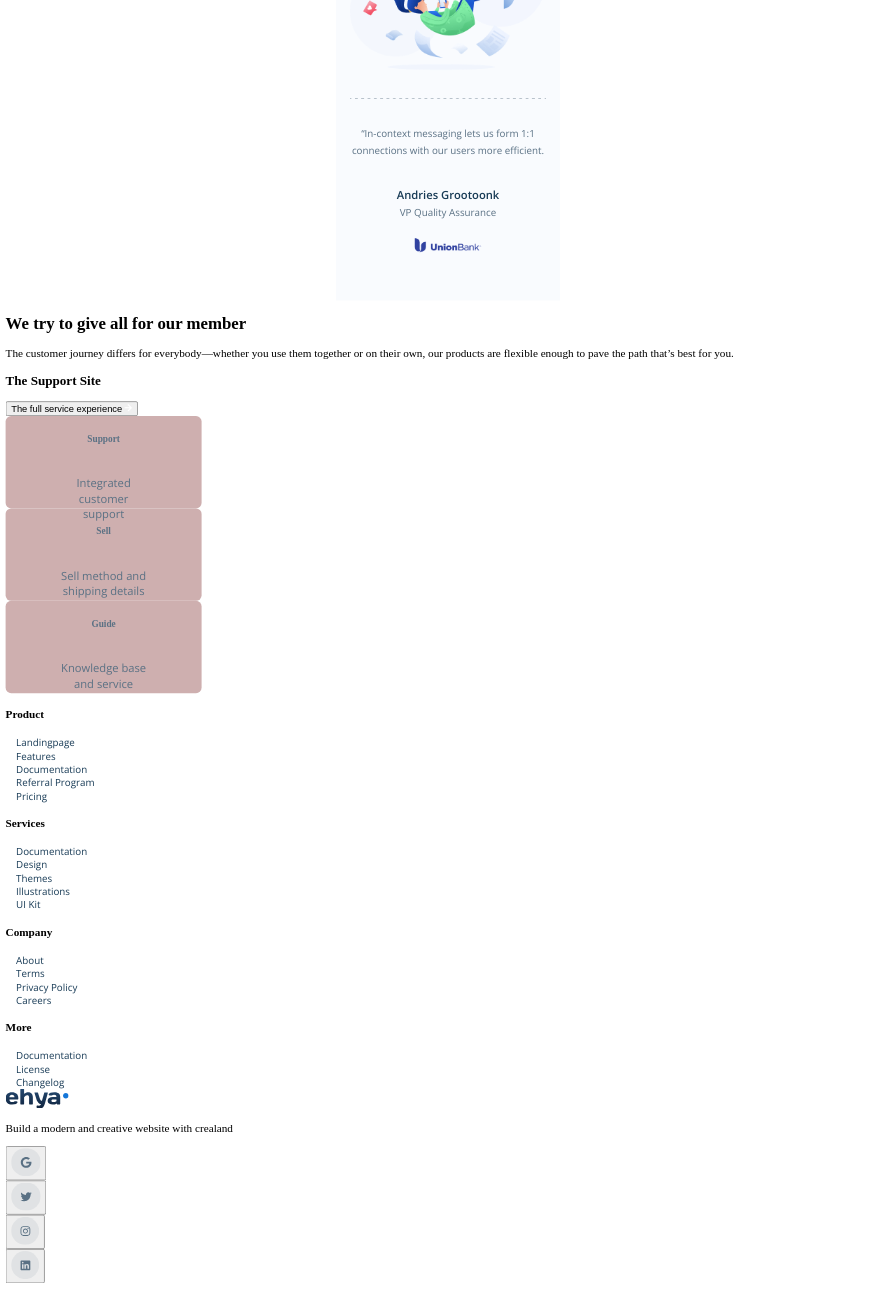
Repository: umlaufissss/provaFront
Page: HTML/index.html
The author's editor kept a copy of each file at every save. The page is drawn from the files as they stood at one save, then again after the next save.
The browser window is 1280 px wide. The pictures show the part of the page from y = 2086 to 4006 px (the page is 3927 px tall before and 4006 px after), at 70% of full size.
Some web fonts or font styles are not loaded; a fallback is used.

Above is the page before, as saved 2026-06-22 19:37:34.

### HTML/index.html
<!DOCTYPE html>
<html lang="pt-br">
<head>
    <meta charset="UTF-8">
    <meta name="viewport" content="width=device-width, initial-scale=1.0">
    <link rel="stylesheet" href="../CSS/style.css">
    <link href="https://fonts.googleapis.com/css2?family=Inter:ital,opsz,wght@0,14..32,100..900;1,14..32,100..900&family=Montserrat:ital,wght@0,100..900;1,100..900&family=Paytone+One&display=swap" rel="stylesheet">
    <link href="https://fonts.googleapis.com/css2?family=Inter:ital,opsz,wght@0,14..32,100..900;1,14..32,100..900&family=Montserrat:ital,wght@0,100..900;1,100..900&family=Open+Sans:ital,wght@0,300..800;1,300..800&family=Paytone+One&display=swap" rel="stylesheet">

    <title>Prova de Recuperação Front End</title>
</head>
<body>

    <header class="mainGrid">
        <section class="generalCard">

            <section class="topCima">

                <!-- logo -->
                <div class="sonnImg">
                    <img src="/assets/icons/Logo.svg" alt="logo">
                </div>

                <div class="menu">
                    <img src="/assets/icons/ic_Menu (1).svg" alt="menu">
                </div>

            </section>

            <section class="meio">
                <div class="phrase">
                        <h1>Better customer relations starts now<h1>
                </div>

                <div class="card">
                    <p>Your Email here..<p>

                    <button type="button" class="button-submit">Get Started</button>

                </div>

                <div class="imagemTop">
                    <img src="/assets/img/Customer Development.svg" alt="imagemInicio">
                </div>

            </section>




        </section>
    </header>


    <main class="masterBoard">

        <section class="hero" id="teamSuggestions">

            <!-- Aqui a linha não é quebrada como proposto no Figma,
             mas seus valores de width e height são idênticos no CSS
             VEJA: "#teamSuggestions h2" em style.css-->
            <h2>Help your customers and your team</h2>

            <article class="cardSuggestions" id="beOrganized">
                <h3>
                    Be Organized
                </h3>
                <p>
                    Bring traditional files, cloud content,
                    EhyaSpace Paper docs, and web
                    shortcuts together in one
                    place—and work the way that works
                    for you.
                </p>
            </article>

            <img src="../assets/img/Organize Operations.png" alt="Organize Operations with Your Team">

            <article class="cardSuggestions">
                <h3>
                    Stay Focused
                </h3>
                <p>
                    Personalized suggestions give you
                    files and folders when you need
                    them so you spend less time
                    searching the files.
                </p>
            </article>

            <article class="cardSuggestions">
                <h3>Get in Sync</h3>
                <p>
                    Coordinate with your team and push
                    projects forward with the tools you
                    use every day—all within EhyaSpace.
                    That make your drive safe.
                </p>
            </article>
        </section>

    </main>

        <section class="second" id="saveTime">

            <h2>
                Save time efficiently your marketing
            </h2>

            <p>
                Like Steve Jobs quotes, “Design is not
                just what it looks like and feels like.
                Design is how it works”. We always
                try to make a great output.
            </p>

            <a class="btnLearn" href="/">
                <button type="button" aria-label="Click here to learn more">
                    Learn More <img src="../assets/icons/arrow.png">
                </button>
            </a>

            <img class="woman" src="../assets/img/Woman Falling.png" alt="Woman learning marketing">

            <img class="line" id="dotted" src="../assets/img/Line.png">

            <article class="quoteAndries">

                <!-- Aqui a linha não é quebrada como proposto no Figma,
                 mas seus valores de width e height são idênticos no CSS
                 VEJA: "#saveTime .quoteAndries p" em style.css-->
                <p>
                    “In-context messaging lets us form 1:1
                    connections  with our users
                    more efficient.
                </p>

                <h3>Andries Grootoonk</h3>
                <h4>VP Quality Assurance</h4>

                <img src="../assets/img/LogoUnionBank.png" alt="Logo of Union Bank">
            </article>
        </section>

        <section class="third" id="support">
            <h2>We try to give all for our member</h2>
            <p>
                The customer journey differs for
                everybody—whether you use them
                together or on their own, our
                products are flexible enough to pave
                 the path that’s best for you.
            </p>

            <h3>The Support Site</h3>

            <a class="btnSupport" href="/">
                <button type="button" aria-label="Click here to have the full service experience">
                    The full service experience <img src="../assets/icons/whiteArrow.png" alt="White Arrow">
                </button>
            </a>

            <section class="supportOptions">
                <article class="card">
                    <h5>Support</h5>
                    <p>Integrated
                        customer support</p>
                </article>

                <article class="card">
                    <h5>Sell</h5>
                    <p>Sell method and
                        shipping details
                    </p>
                </article>

                <article class="card">
                    <h5>Guide</h5>
                    <p>Knowledge base
                        and service
                    </p>
                </article>

                <article></article>
                <article></article>
                <article></article>
            </section>
        </section>

        <footer class="baseboard">
            <section class="principalBaseboard">
                <div class="cardFooter">
                    <h4>Product</h4>
                    <ul>
                        <li><a href="/">Landingpage</a></li>
                        <li><a href="/">Features</a></li>
                        <li><a href="/">Documentation</a></li>
                        <li><a href="/">Referral Program</a></li>
                        <li><a href="/">Pricing</a></li>
                    </ul>
                </div>

                <div class="cardFooter">
                    <h4>Services</h4>
                    <ul>
                        <li><a href="/">Documentation</a></li>
                        <li><a href="/">Design</a></li>
                        <li><a href="/">Themes</a></li>
                        <li><a href="/">Illustrations</a></li>
                        <li><a href="/">UI Kit</a></li>
                    </ul>
                </div>

                <div class="cardFooter">
                    <h4>Company</h4>
                    <ul>
                        <li><a href="/">About</a></li>
                        <li><a href="/">Terms</a></li>
                        <li><a href="/">Privacy Policy</a></li>
                        <li><a href="/">Careers</a></li>
                    </ul>
                </div>

                <div class="cardFooter">
                    <h4>More</h4>
                    <ul>
                        <li><a href="/">Documentation</a></li>
                        <li><a href="/">License</a></li>
                        <li><a href="/">Changelog</a></li>
                    </ul>
                </div>
            </section>

            <section class="bottomBaseboard">

                <div class="mainIcon">
                    <img src="/assets/icons/Logo.svg" alt="Logo 'ehya' do site">
                </div>

                <p>Build a modern and creative website with crealand</p>

                <div class="networkIcons">
                    <article class="icon">
                        <a href="/"><button><img src="/assets/icons/IconG.svg" alt="Ir para página Google"></button></a>
                    </article>

                    <article class="icon">
                        <a href="/"><button><img src="/assets/icons/IconT.svg" alt="Ir para nosso perfil do Twitter"></button></a>
                    </article>

                    <article class="icon">
                        <a href="/"><button><img src="/assets/icons/IconI.svg" alt="Ir para nosso perfil do Instagram"></button></a>
                    </article>

                    <article class="icon">
                        <a href="/"><button><img src="/assets/icons/IconL.svg" alt="Ir para nosso perfil do Linkedin"></button></a>
                    </article>

                    </div>
                </section>
        </footer>
</body>
</html>

### CSS/style.css
:root
{
    --color-white: #FFF;
    --color-vibrant-green: #36B37E;
    --color-bright-gray: #F9FBFE;
    --color-brigther-gray: #F9FBFE;
    --color-navy-blue: #183B56;
    --color-vibrant-dark-blue: #1565D8;
    --color-steel-blue: #5A7184;
    --color-gray: #B3BAC5;
    --color-dotted-line: #9DAAB6;
    --color-light-green: rgb(56, 107, 87);

    /*Opacidade*/
    --color-steel-blue-opacity10: rgba(179, 186, 197, 0.1);
}

*
{
    box-sizing: border-box;
}

.mainGrid
{
    margin: 0px;
    color: var(--color-light-green);

}

/* logo*/
.soonImg img{
  display: flex;
  justify-content: space-between;
  align-items: center;
  margin:0px;
}


.meio .phrase h1{
    font-family: "Inter" , sans-serif;
    color: #183B56;
    font-weight: 300 ;

    font-family: Inter;
    font-weight: 700;
    font-size: 32px;
    text-align: center;

}

.card{
    display: grid;
    text-align: center;
    background-color: rgb(206, 175, 175);
    color: #5A7184;

    width: 280px;
    height: 132px;
    top: 206px;
    left: 20px;


    border-radius: 8px;
    justify-content: center;
    align-items: center;
}

.card p{
    font-family: "Open Sans";
    height: 28px;
    width: 127px;


}


.card button{
    font-family: Open Sans;
    background-color: #36B37E;
    color: white;

    height: 46px;
    width: 248px;
    border: 0px;
    border-radius: 8px;

    font-weight: 700;
    font-size: 16px;


}

.meio .imagemTop img{
    width: 280px;
    height: 180px;

    margin: 18px 0 18px;

}



.masterBoard
{
    padding: 0 20px;
    background-color: var(--color-white);

    width: 320px;
    justify-self: center;
}

#teamSuggestions
{
    display: flex;
    flex-direction: column;
    justify-self: center;

    padding: 64px 0 56px;
}
#teamSuggestions h2
{
    font-family: "Inter", sans-serif;
    font-weight: 700;
    font-size: 28px;
    line-height: 36px;
    letter-spacing: 0.2px;
    text-align: center;

    color: var(--color-navy-blue);

    margin: 0;

    width: 280px;
    height: 108px;
}

#teamSuggestions .cardSuggestions
{
    width: 280px;
    height: 201px;
    display: flex;
    flex-direction: column;
    justify-content: center;

    margin: 12px 0;
}

#teamSuggestions .cardSuggestions h3
{
    font-family: "Inter",sans-serif;
    font-weight: 700;
    font-size: 16px;
    line-height: 20px;
    letter-spacing: 0.2px;

    color: var(--color-navy-blue);

    margin-left: 20px;
}

#teamSuggestions .cardSuggestions p
{
    font-family: Open Sans;
    font-weight: 400;
    font-size: 14px;
    line-height: 24px;
    letter-spacing: 0px;

    color: var(--color-steel-blue);
    margin-left: 20px;

    width: 240px;
}

#teamSuggestions img
{
    width: 280px;
    height: 180px;

    margin: 18px 0 18px;
}

#teamSuggestions #beOrganized
{

    background-color: var(--color-steel-blue-opacity10);
    border-left: 2px solid var(--color-steel-blue);

    margin: 18px 0;
}

#saveTime
{
    padding: 56px 20px 58px;
    background-color: var(--color-brigther-gray);

    width: 320px;
    display: flex;
    flex-direction: column;
    justify-self: center;
    text-align: center;
}

#saveTime h2
{
    font-family: "Inter", sans-serif;
    font-weight: 700;
    font-size: 28px;
    line-height: 36px;
    letter-spacing: 0.2px;
    text-align: center;

    color: var(--color-navy-blue);

    width: 284px;
    height: 72px;

    margin: 0;
}

#saveTime p
{
    font-family: "Open Sans", sans-serif;
    font-weight: 400;
    font-size: 16px;
    line-height: 28px;
    letter-spacing: 0px;
    text-align: center;

    color: var(--color-steel-blue);

    width: 280px;
    height: 112px;

    margin: 24px 0;
}

#saveTime .btnLearn
{
    display: flex;

    justify-content: center;
    margin-bottom: 34px;

    text-decoration: none;

}

#saveTime .btnLearn button
{
    font-family: "Open Sans", sans-serif;
    font-weight: 700;
    font-size: 16px;
    line-height: 100%;
    letter-spacing: 0px;

    background-color: transparent;
    border: none;
    color: var(--color-vibrant-dark-blue);
}

#saveTime .btnLearn button img
{
    margin-left: x;
}

#saveTime .woman
{
    width: 280px;
    height: 192px;
}

#saveTime #dotted.line
{
    margin: 40px 0 37px;
}

#saveTime .quoteAndries p
{
    font-family: "Open Sans", sans-serif;
    font-weight: 400;
    font-size: 14px;
    line-height: 24px;
    letter-spacing: 0px;
    text-align: center;

    width: 280px;
    height: 72px;

    margin: 0;

    color: var(--color-steel-blue);
}

#saveTime .quoteAndries h3
{
    font-family: "Open Sans", sans-serif;
    font-weight: 600;
    font-size: 16px;
    line-height: 100%;
    letter-spacing: 0px;

    color: var(--color-navy-blue);

    margin: 20px 0 7px;
}

#saveTime .quoteAndries h4
{
    font-family: Open Sans;
    font-weight: 400;
    font-size: 14px;
    line-height: 20px;
    letter-spacing: 0px;
    text-align: center;

    color: var(--color-steel-blue);

    margin: 0 0 20px;
}

#saveTime .quoteAndries img
{
    width: 102.85px;
    height: 34.1px;
}

.cardFooter ul{
    list-style-type: none;
    margin: 15px;
    margin: 0px;
    padding: 0px;

}
.cardFooter a{
    font-family: "Open Sans", sans-serif;
    font-size: 14px;
    margin:15px;
    color: var(--color-navy-blue);
    text-decoration: none;
}

After the next save:
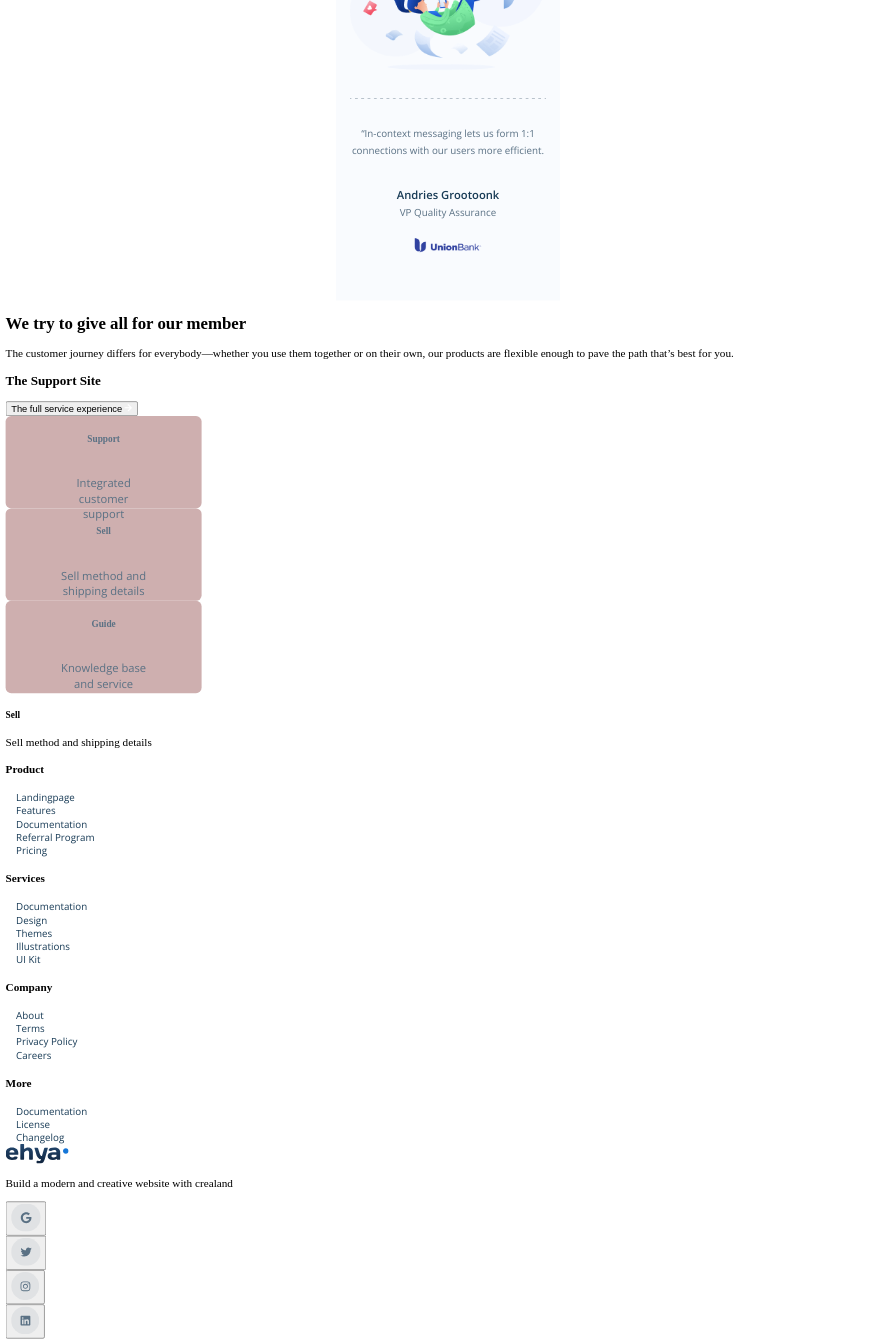
Saved 7 s later.
--- a/HTML/index.html
+++ b/HTML/index.html
@@ -181,7 +181,12 @@
                     </p>
                 </article>
 
-                <article></article>
+                <article>
+                    <h5>Sell</h5>
+                    <p>Sell method and
+                        shipping details
+                    </p>
+                </article>
                 <article></article>
                 <article></article>
             </section>
